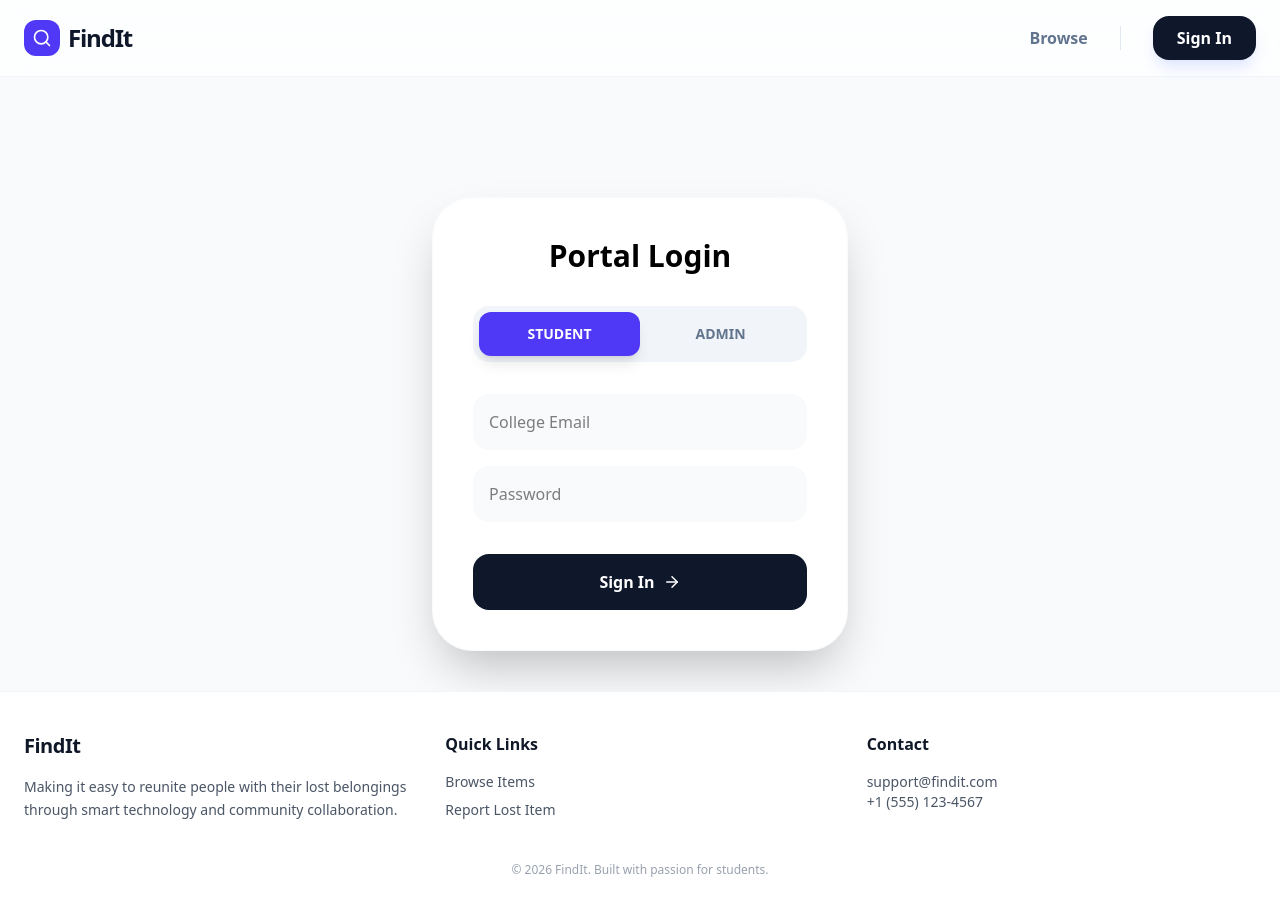
Repository: roygaurav007/lost-and-found
Page: /login (app in Frontend/client/)
An editor plug-in stored every save of this project. The page is shown before and after a run of saves, followed by the edit.
The browser window is 1280 px wide. The pictures show the whole page.
The project was rebuilt for these pictures with package versions that can differ from the ones it lists, and the page was loaded fresh each time. Also part of the build but not shown: Frontend/client/vite.config.js, Frontend/client/src/pages/Home.jsx, Frontend/client/src/pages/Signup.jsx, Frontend/client/src/utils/formSchemas.js, Frontend/client/src/pages/ReportItem.jsx, Frontend/client/src/pages/BrowseItems.jsx, Frontend/client/src/pages/AdminDashboard.jsx, Frontend/client/src/pages/UserDashboard.jsx.

Above is the page before, as saved 2026-02-04 12:55:53.

After the next 2 saves:
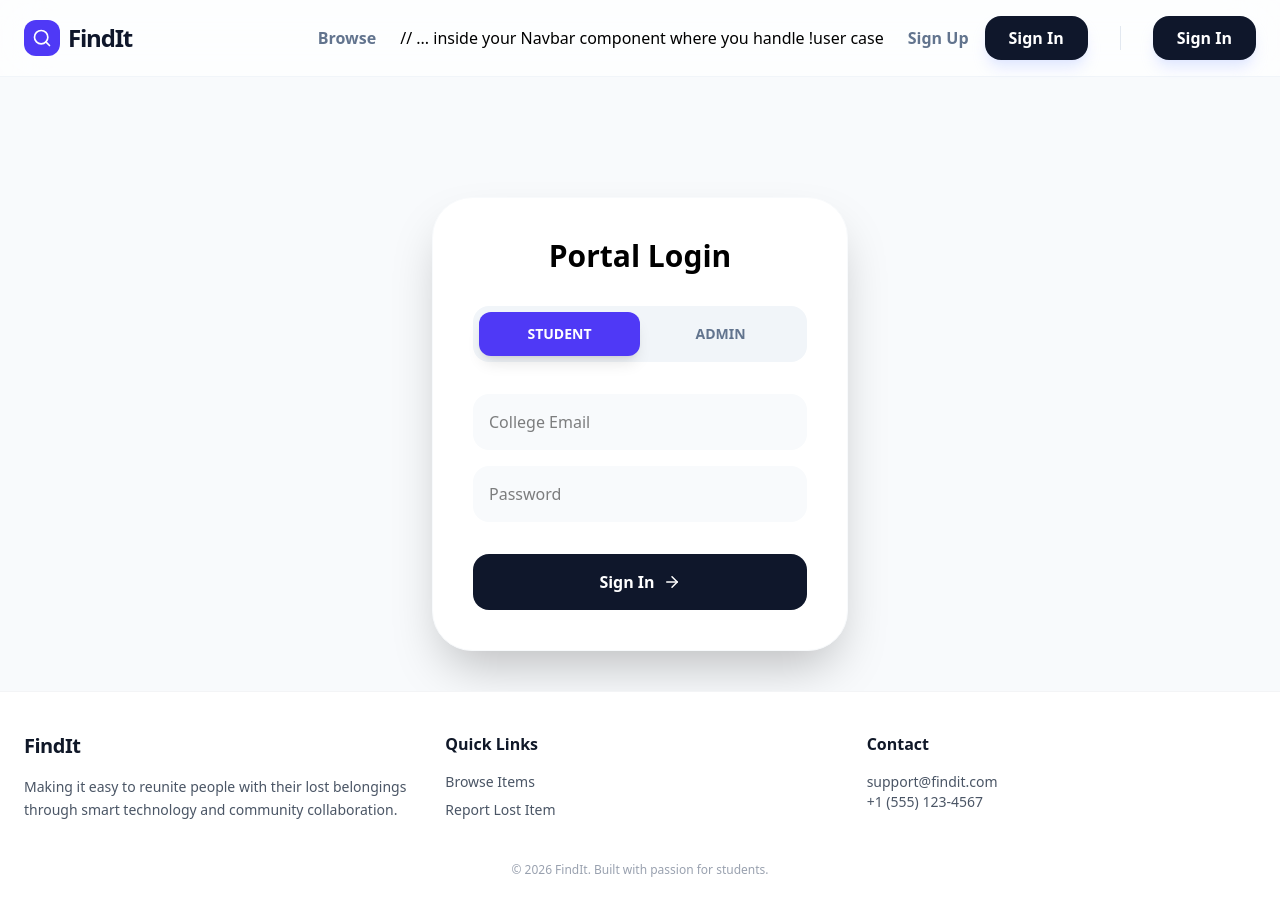
The 2 saves are shown as one change because they came seconds apart.
The last was saved 2 min 40 s later.
--- a/Frontend/client/src/components/Navbar.jsx
+++ b/Frontend/client/src/components/Navbar.jsx
@@ -30,7 +30,21 @@ const Navbar = () => {
               <ShieldCheck size={18} /> Admin Panel
             </Link>
           )}
-
+          // ... inside your Navbar component where you handle !user case
+{user ? (
+  <button onClick={handleLogout} className="flex items-center gap-2 text-slate-600 font-bold hover:text-rose-500 transition">
+    <LogOut size={18} /> Logout
+  </button>
+) : (
+  <div className="flex items-center gap-4">
+    <Link to="/signup" className="text-slate-500 font-bold hover:text-indigo-600 transition">
+      Sign Up
+    </Link>
+    <Link to="/login" className="bg-slate-900 text-white px-6 py-2.5 rounded-2xl font-bold hover:bg-indigo-600 transition shadow-lg shadow-indigo-100">
+      Sign In
+    </Link>
+  </div>
+)}
           {user?.role === 'user' && (
             <Link to="/student-hub" className="flex items-center gap-2 bg-indigo-50 text-indigo-600 px-4 py-2 rounded-xl font-black border border-indigo-100">
               <LayoutDashboard size={18} /> Student Hub
